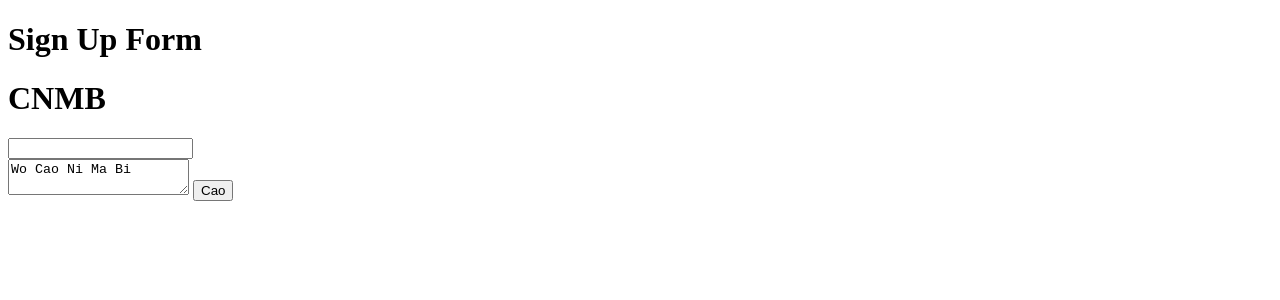
Repository: FWBMKII/csc207
Page: cnmb/cnmb.html
The author's editor kept a copy of each file at every save. The page is drawn from the files as they stood at one save, then again after the next save.
The browser window is 1280 px wide. The pictures show the whole page.

Above is the page before, as saved 2015-04-27 19:31:46.

### cnmb/cnmb.html
<!DOCTYPE html PUBLIC "-//W3C//DTD HTML 4.01 Transitional//EN" "http://www.w3.org/TR/html4/loose.dtd">
<html>
<head>
<meta http-equiv="Content-Type" content="text/html; charset=UTF-8">
<title>（╯‵□′）╯︵┴─┴</title>
</head>
<body>
	<h1>Sign Up Form</h1>
	<form action="cnmb.php" method="get">
		<h1>CNMB</h1>
		<input type="text" name="name"/><br/>
		<textarea name="wcnmb">Wo Cao Ni Ma Bi</textarea>
		<input type="submit" value="Cao"/>
	</form>
</body>
</html>

After the next save:
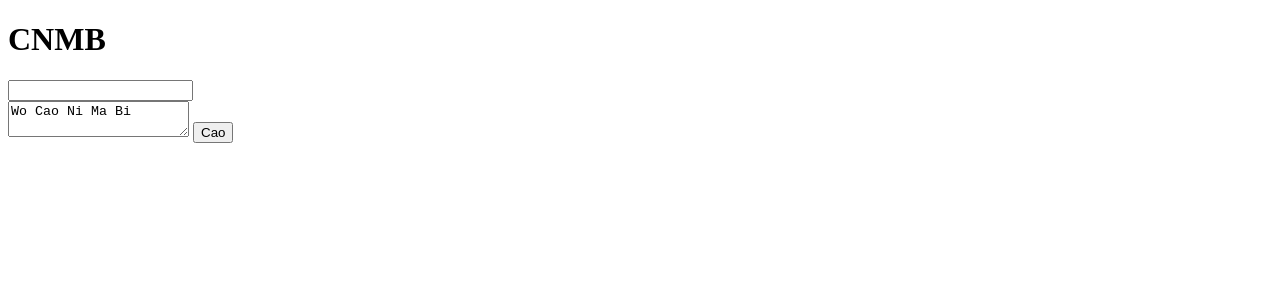
Saved 11 s later.
--- a/cnmb/cnmb.html
+++ b/cnmb/cnmb.html
@@ -5,7 +5,6 @@
 <title>（╯‵□′）╯︵┴─┴</title>
 </head>
 <body>
-	<h1>Sign Up Form</h1>
 	<form action="cnmb.php" method="get">
 		<h1>CNMB</h1>
 		<input type="text" name="name"/><br/>
